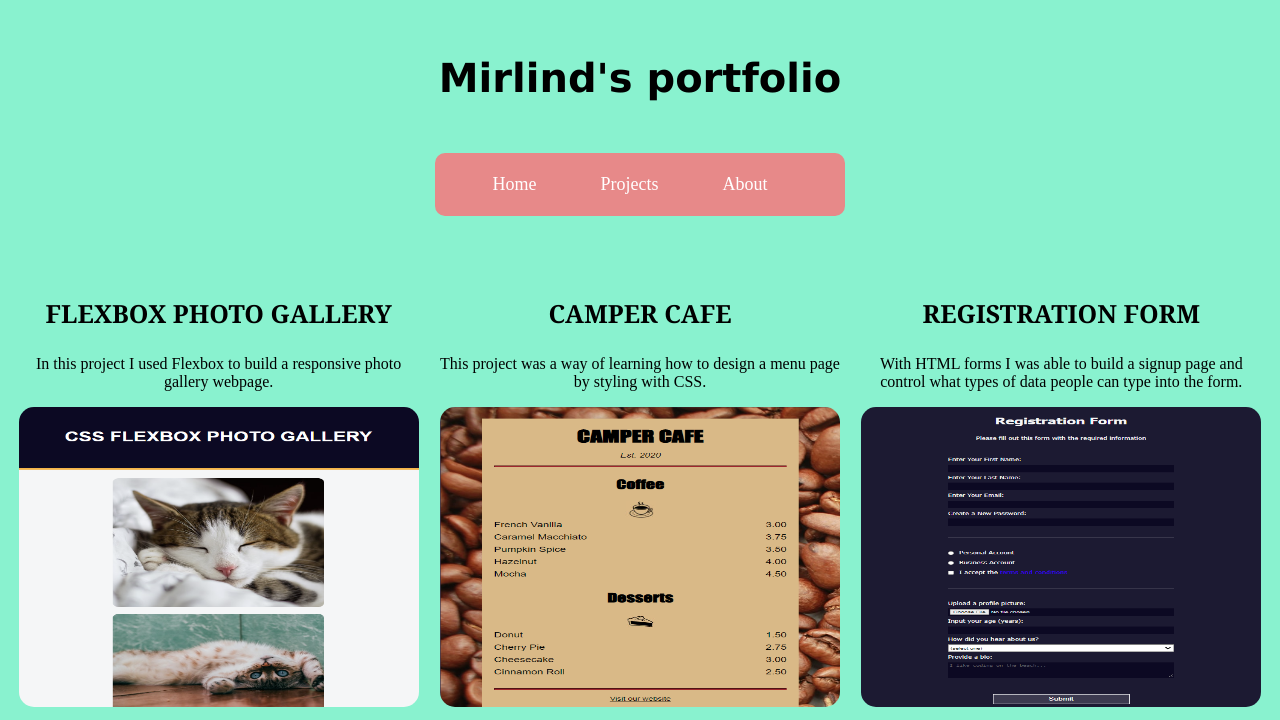
Repository: mirkbirki/mirkbirki.github.io
Page: index.html
These files come from the project's save history. The page is drawn as it stood at one moment and after the next save; the edit follows.
The browser window is 1280 px wide. The pictures show the whole page.

Above is the page before, as saved 2022-10-20 13:55:55.

### index.html
<!DOCTYPE html>
<html lang="en">
<head>
    <meta charset="UTF-8">
    <meta http-equiv="X-UA-Compatible" content="IE=edge">
    <meta name="viewport" content="width=device-width, initial-scale=1.0">
    <title>Mirlind's portfolio</title>
    <link rel="stylesheet" href="styles.css">
</head>
<body>
    <header>
        <h1>Mirlind's portfolio</h1>
    </header>
    <nav>
        <div class="nav">
            <ul>
                <li><a href="#">Home</a></li>
                <li><a href="#">Projects</a></li>
                <li><a href="#">About</a></li>
            </ul>
        </div>
    </nav>
    <div class="container">
        <div class="proj">
            <h3 class="project">FLEXBOX PHOTO GALLERY</h3>
            <p class="p">In this project I used Flexbox to build a responsive photo gallery webpage.</p>
            <img src="css flexbox photo gallery.PNG">
        </div>
        <div class="proj">
            <h3 class="project">CAMPER CAFE</h3>
            <p class="p">This project was a way of learning how to design a menu page by styling with CSS.</p>
            <img src="camper cafe.PNG">
        </div>
        <div class="proj">
            <h3 class="project">REGISTRATION FORM</h3>
            <p class="p">With HTML forms I was able to build a signup page and control what types of data people can type into the form.</p>
            <img src="registration form.PNG">
        </div>
    </div>
</body>
</html>

### styles.css
body {
    background-color: rgba(31, 231, 164, 0.527);
}

h1 {
    font-size: 40px;
    font-family:'Lucida Sans', 'Lucida Sans Regular', 'Lucida Grande', 'Lucida Sans Unicode', Geneva, Verdana, sans-serif
}

header {
    text-align: center;
    padding-top: 20px;
}

.nav {
    background-color: rgb(231, 137, 137);
    width: 400px;
    margin-top: -15px;
    margin-bottom: -5px;
    margin-right: auto;
    margin-left: auto;
    border-radius: 10px;
    padding: 5px;
}

.nav li {
    display: inline;
    padding-right: 60px;
}

.nav a {
    color: white;
    font-size: 18px;
    text-decoration: none;
}

.nav a:hover {
    color: rgb(0, 86, 216);
    font-size: 18px;
    text-decoration: none;
}

.nav a:visited {
    color: white;
    font-size: 18px;
    text-decoration: none;
}

nav {
    text-align: center;
    padding: 40px;
}

.container {
    display: flex;
    padding-top: 20px
}

.proj {
    margin: auto;
    width: 400px;
    word-wrap:break-word;
}

.p {
    width: 100%;
    text-align: center;
}

.project {
    font-family: Georgia, 'Times New Roman', Times, serif;
    font-size: 25px;
    text-align: center;
}

img {
    height: 300px;
    width: 400px;
    border-radius: 15px;
}

After the next save:
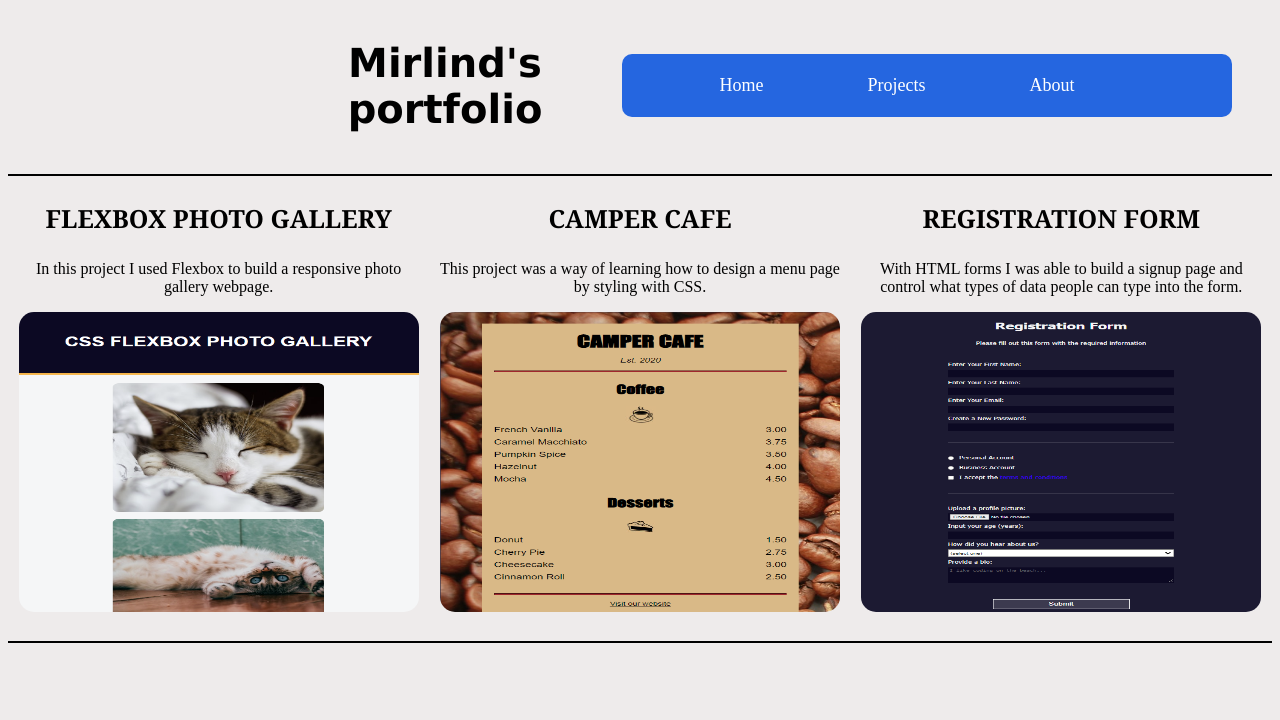
Saved 32 min 19 s later.
--- a/index.html
+++ b/index.html
@@ -9,17 +9,19 @@
 </head>
 <body>
     <header>
-        <h1>Mirlind's portfolio</h1>
+        <div class="header">
+         <h1>Mirlind's portfolio</h1>
+         <nav>
+              <div class="nav">
+                   <ul>
+                      <li><a href="#">Home</a></li>
+                      <li><a href="#">Projects</a></li>
+                      <li><a href="#">About</a></li>
+                  </ul>
+              </div>
+        </div>
+        </nav>
     </header>
-    <nav>
-        <div class="nav">
-            <ul>
-                <li><a href="#">Home</a></li>
-                <li><a href="#">Projects</a></li>
-                <li><a href="#">About</a></li>
-            </ul>
-        </div>
-    </nav>
     <div class="container">
         <div class="proj">
             <h3 class="project">FLEXBOX PHOTO GALLERY</h3>
--- a/styles.css
+++ b/styles.css
@@ -1,10 +1,10 @@
 body {
-    background-color: rgba(31, 231, 164, 0.527);
+    background-color: rgba(226, 220, 220, 0.562);
 }
 
 h1 {
     font-size: 40px;
-    font-family:'Lucida Sans', 'Lucida Sans Regular', 'Lucida Grande', 'Lucida Sans Unicode', Geneva, Verdana, sans-serif
+    font-family:'Lucida Sans', 'Lucida Sans Regular', 'Lucida Grande', 'Lucida Sans Unicode', Geneva, Verdana, sans-serif;
 }
 
 header {
@@ -12,20 +12,25 @@ header {
     padding-top: 20px;
 }
 
-.nav {
-    background-color: rgb(231, 137, 137);
-    width: 400px;
+.header {
+    display: flex;
+    margin-left: 300px;
+    margin-right: auto;
     margin-top: -15px;
     margin-bottom: -5px;
-    margin-right: auto;
-    margin-left: auto;
+    align-items: center;
+}
+
+.nav {
+    background-color: rgb(37, 102, 224);
+    width: 600px;
     border-radius: 10px;
     padding: 5px;
 }
 
 .nav li {
     display: inline;
-    padding-right: 60px;
+    padding-right: 100px;
 }
 
 .nav a {
@@ -34,13 +39,13 @@ header {
     text-decoration: none;
 }
 
-.nav a:hover {
-    color: rgb(0, 86, 216);
+a:hover {
+    color: rgb(7, 248, 27);
     font-size: 18px;
     text-decoration: none;
 }
 
-.nav a:visited {
+a:visited {
     color: white;
     font-size: 18px;
     text-decoration: none;
@@ -52,8 +57,11 @@ nav {
 }
 
 .container {
+    border-top: 2px solid black;
+    border-bottom: 2px solid black;
     display: flex;
-    padding-top: 20px
+    margin-top: 20px;
+    padding-bottom: 25px;
 }
 
 .proj {
